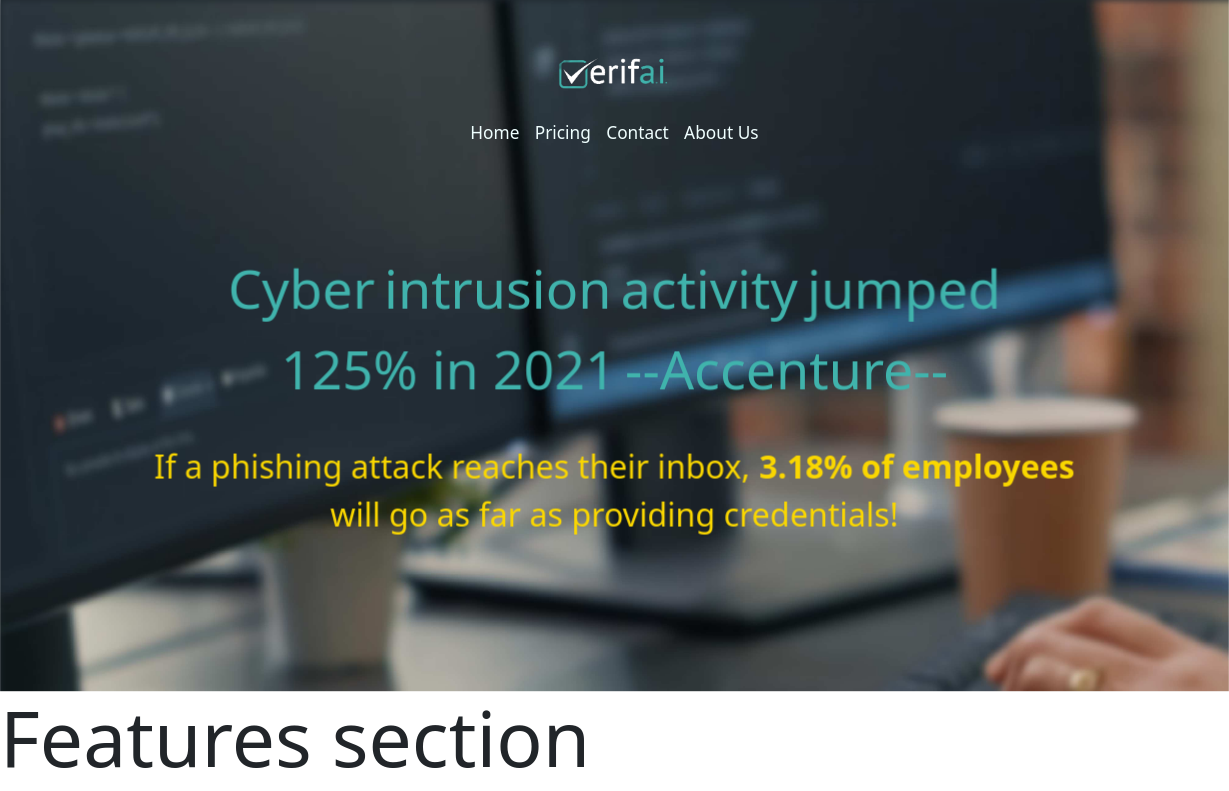
Repository: Ali-VB/verif-website
Page: /
The author's editor kept a copy of each file at every save. The page is drawn from the files as they stood at one save, then again after a run of saves.
The browser window is 1280 px wide. The pictures show the whole page, at 96% of full size.
The project was rebuilt for these pictures with package versions that can differ from the ones it lists, and the page was loaded fresh each time.

Above is the page before, as saved 2022-04-19 09:35:43.

After the next 3 saves:
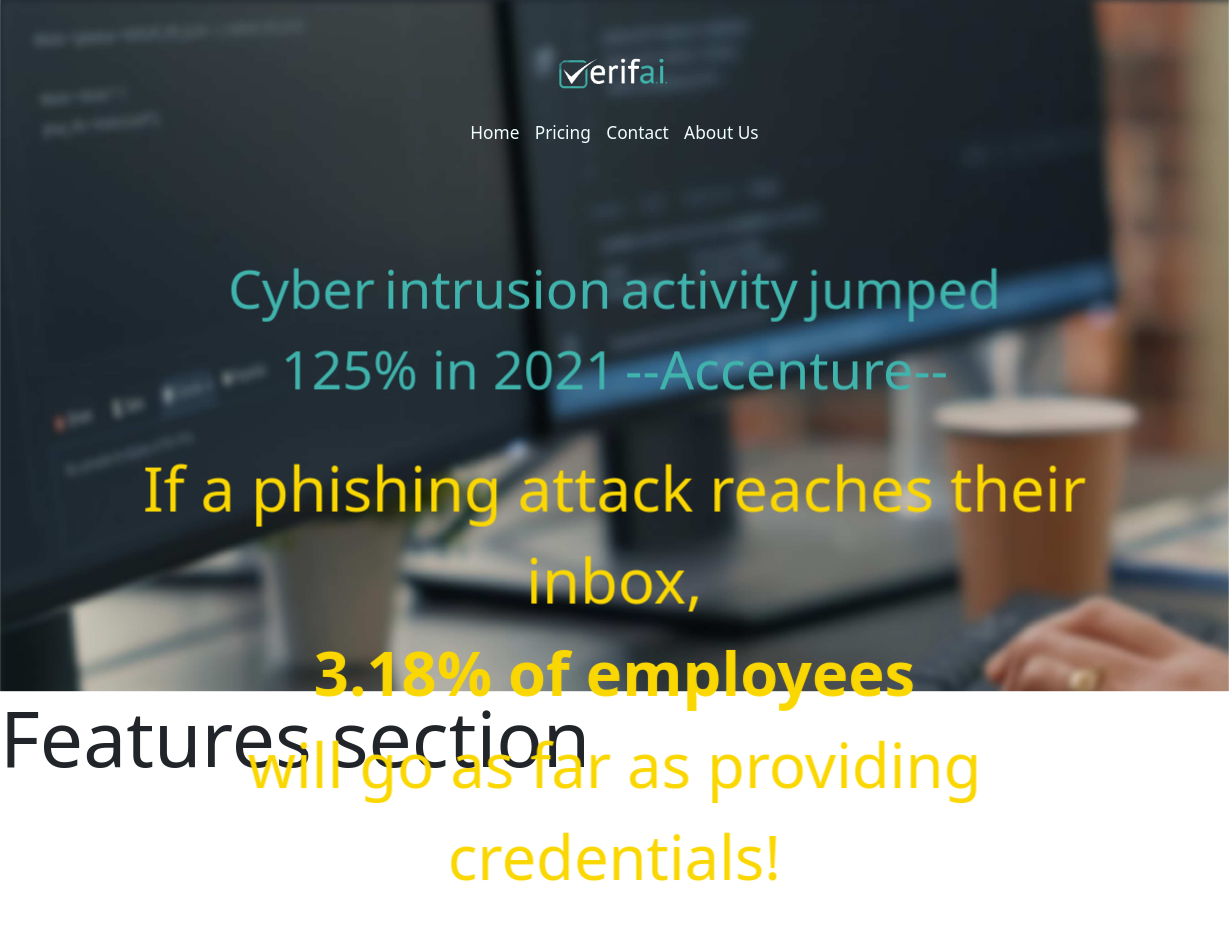
The 3 saves are shown as one change because they came seconds apart.
The last was saved 12 s later.
--- a/src/components/Header/Header.css
+++ b/src/components/Header/Header.css
@@ -108,7 +108,7 @@
       .text-second {
         padding: 0.1rem 0.1rem;
         width: 90%;
-        font-size:2.1rem;
+        font-size:4rem;
 
       }
   }
